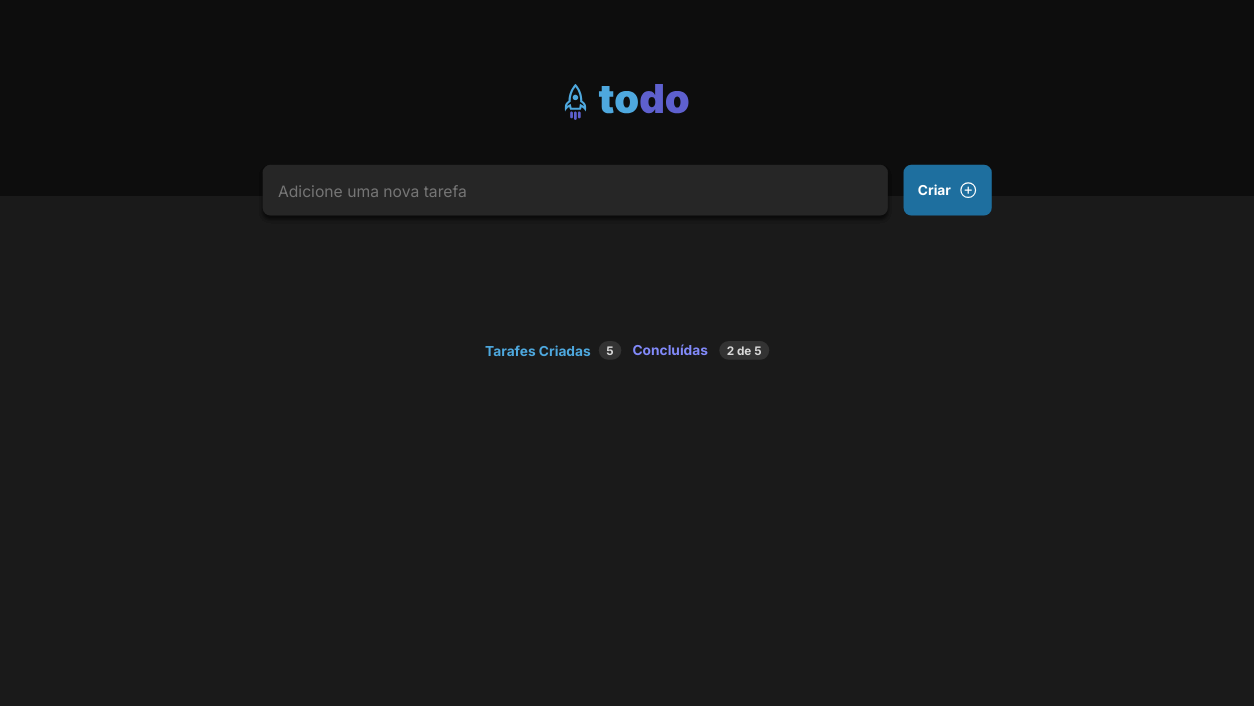
Repository: guilhermecardoso93/todolistreact
Page: /
These files come from the project's save history. The page is drawn as it stood at one moment and after the next save; the edit follows.
The browser window is 1280 px wide. The pictures show the whole page, at 98% of full size.
The project was rebuilt for these pictures with package versions that can differ from the ones it lists, and the page was loaded fresh each time. Also part of the build but not shown: vite.config.ts.

Above is the page before, as saved 2022-07-03 18:48:36.

After the next save:
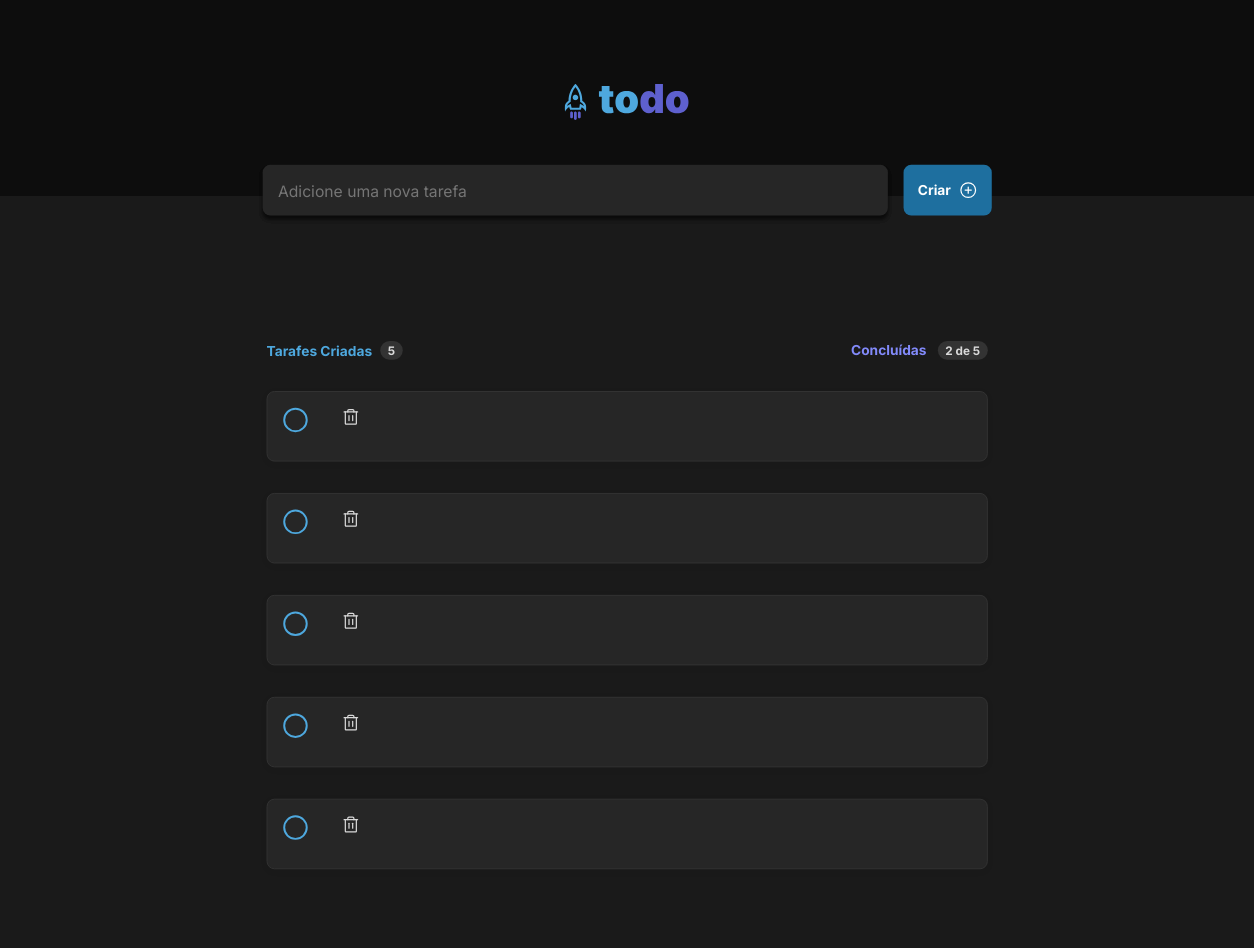
Saved 88 s later.
--- a/src/Tasks.tsx
+++ b/src/Tasks.tsx
@@ -4,13 +4,10 @@ import { TaskList } from "./TasksList";
 
 import styles from "./Tasks.module.css";
 
-interface TaskProps {
-  tasks: string;
-}
-export function Tasks({ tasks }: TaskProps) {
+export function Tasks() {
   return (
     <div className={styles.content}>
-      <TaskBar tasks={tasks}/>
+      <TaskBar />
       <div>
         <div className={styles.titles}>
           <div className={styles.titlesMake}>
@@ -22,6 +19,11 @@ export function Tasks({ tasks }: TaskProps) {
             <p className={styles.titlesDoneTitleNumber}> 2 de 5 </p>
           </div>
         </div>
+        <TaskList />
+        <TaskList />
+        <TaskList />
+        <TaskList />
+        <TaskList />
       </div>
     </div>
   );
